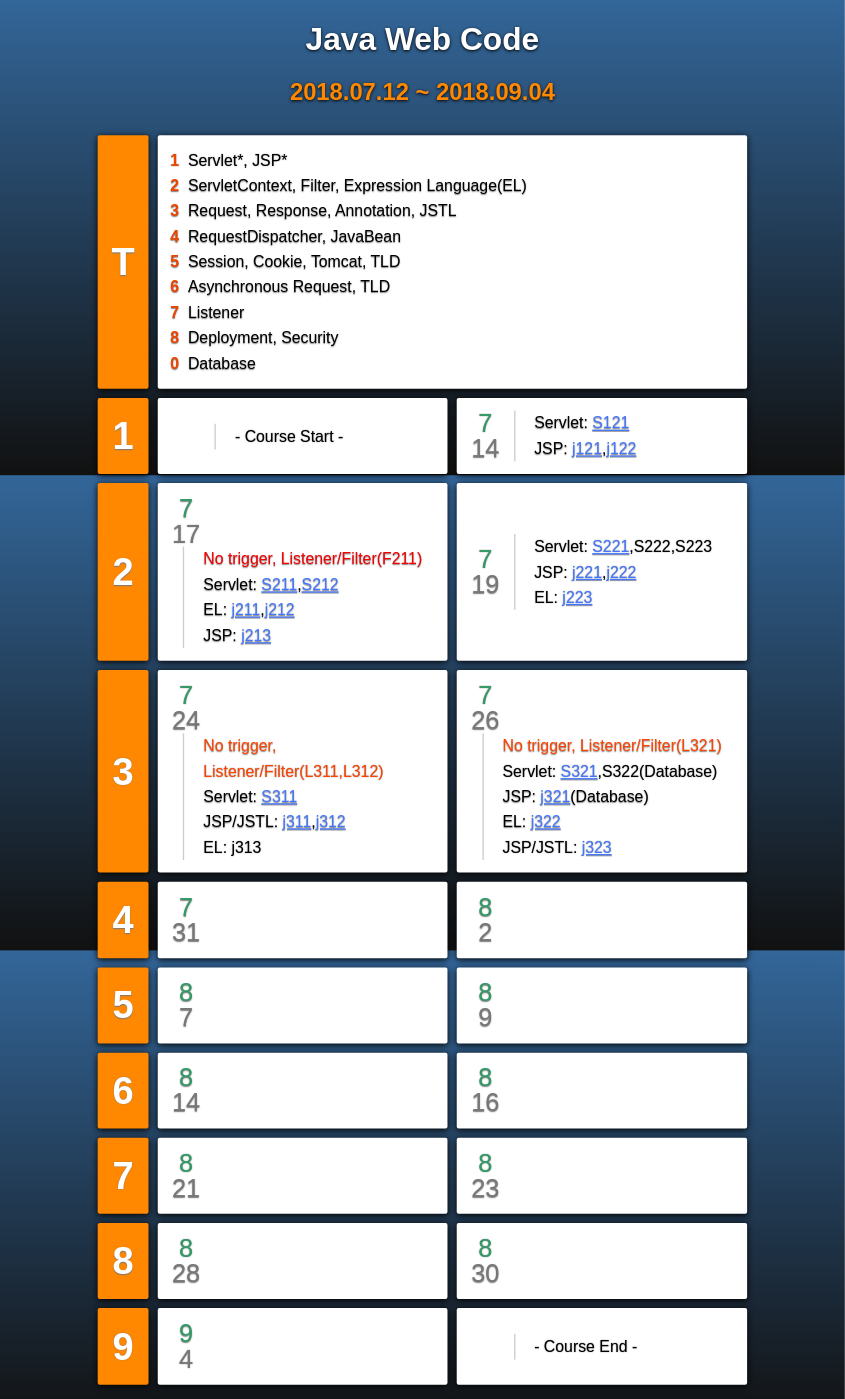
Repository: anxhuang/Java_Web
Page: http://localhost/code/index.jsp
The author's editor kept a copy of each file at every save. The page is drawn from the files as they stood at one save, then again after the next save.
The browser window is 1280 px wide. The pictures show the whole page, at 66% of full size.
Backgrounds fixed to the window are drawn as part of the page. The page is served by Tomcat 9. Other server files are loaded and not shown.

Above is the page before, as saved 2018-07-26 13:25:55.

### code/WebContent/index.jsp
<%@ page language="java" pageEncoding="UTF-8"%>
<!DOCTYPE html>
<html>
<head>
<meta charset="BIG5">
<title>Insert title here</title>
<style>
	body{
		font-size: 0.25in;
		font-family: Arial;
		background: linear-gradient(#369, #111);
		background-attachment: fixed;
	}
	h1{
		color: #FFF;
		text-shadow: 0px 1px 5px #000;
		text-align: center;
	}
	h2{
		color: #F80;
		text-shadow: 0px 1px 5px #000;
		text-align: center;
	}
	red{
		color: #E40;
		font-weight: bold;
	}
	.orange{
		color: #FFF;
		font-size: 0.6in;
		text-align: center;
		background: #F80;
		font-weight: bold;
	}
	.date{
		width: 0.5in;
		color: #396;
		font-size: 0.4in;
		text-align: center;
	}
	.ex{
		padding-left: 0.3in;
		margin-left: 0.2in;
		border-left: 2px solid #CCC;
	}
	grey{
		color: #777;
	}
	table{
		width: 80%;
		margin: 0 auto;
		border-spacing: 0.15in;
	}
	td{
		color: #000;
		text-shadow: 0px 1px 2px #777;
		line-height: 0.4in;
		padding: 0.2in;
		background: rgba(255,255,255,1.0);
		box-shadow: 0px 2px 10px #000;
		border-radius: 3px;
		vertical-align: middle;
	}
	td div{
		display: inline-block;
		vertical-align: middle;
	}
	td:first-child{
		width: 8%;
	}
	td:nth-child(2){
		width: 46%;
	}
	td:nth-child(3){
		width: 46%;
	}
	a:link		{color: #47F;}
	a:visited	{color: #47F;}
</style>
</head>
<body>

	<h1>Java Web Code</h1><h2>2018.07.12 ~ 2018.09.04</h2>

	<table>
		<tbody>
			<tr>
				<td class="orange">T</td>
				<td colspan="2">
					<%@ page import="java.util.ArrayList" %>

					<%
					String topics[][]={
						{"1","Servlet*, JSP*"},
						{"2","ServletContext, Filter, Expression Language(EL)"},
						{"3","Request, Response, Annotation, JSTL"},
						{"4","RequestDispatcher, JavaBean"},
						{"5","Session, Cookie, Tomcat, TLD"},
						{"6","Asynchronous Request, TLD"},
						{"7","Listener"},
						{"8","Deployment, Security"},
						{"0","Database"},
					};
					for (String[] topic:topics){
						out.print("<red>"+topic[0]+"</red>&nbsp;&nbsp;"+topic[1]+"<br>");
					}
					%>
				</td>
			</tr>

				<%
					ArrayList<String>	date=new ArrayList<>();
					ArrayList<String>	ex=new ArrayList<>();
					date.add("");
					date.add("7<br><grey>14</grey>");
					date.add("7<br><grey>17</grey>");
					date.add("7<br><grey>19</grey>");
					date.add("7<br><grey>24</grey>");
					date.add("7<br><grey>26</grey>");
					date.add("7<br><grey>31</grey>");
					date.add("8<br><grey>2</grey>");
					date.add("8<br><grey>7</grey>");
					date.add("8<br><grey>9</grey>");
					date.add("8<br><grey>14</grey>");
					date.add("8<br><grey>16</grey>");
					date.add("8<br><grey>21</grey>");
					date.add("8<br><grey>23</grey>");
					date.add("8<br><grey>28</grey>");
					date.add("8<br><grey>30</grey>");
					date.add("9<br><grey>4</grey>");
					date.add("");
					ex.add("- Course Start -");
					ex.add("Servlet: <a href='S121'>S121</a><br>JSP: <a href='j121.jsp'>j121</a>,<a href='j122.jsp'>j122</a>");
					ex.add("<font color=#F40'>No trigger, Listener/Filter(F211)</font><br>Servlet: <a href='S211'>S211</a>,<a href='S212'>S212</a><br>EL: <a href='j211.jsp'>j211</a>,<a href='j212.jsp'>j212</a><br>JSP: <a href='j213.jsp'>j213</a>");
					ex.add("Servlet: <a href='S221'>S221</a>,S222,S223<br>JSP: <a href='j221.jsp'>j221</a>,<a href='j222.jsp'>j222</a><br>EL: <a href='j223.jsp'>j223</a>");
					ex.add("<font color='#F40'>No trigger, Listener/Filter(L311,L312)</font><br>Servlet: <a href='S311'>S311</a><br>JSP/JSTL: <a href='j311.jsp'>j311</a>,<a href='j312.jsp'>j312</a><br>EL: j313");
					ex.add("<font color='#F40'>No trigger, Listener/Filter(L321)</font><br>Servlet: <a href='S321'>S321</a>,S322(Database)<br>JSP: <a href='j321.jsp'>j321</a>(Database)<br>EL: <a href='j322.jsp'>j322</a><br>JSP/JSTL: <a href='j323.jsp'>j323</a>");
					ex.add("");
					ex.add("");
					ex.add("");
					ex.add("");
					ex.add("");
					ex.add("");
					ex.add("");
					ex.add("");
					ex.add("");
					ex.add("");
					ex.add("");
					ex.add("- Course End -");
					for (int i=1; i<=9; i++){
						out.print("<tr><td class='orange'>"+i+"</td><td><div class='date'>"+date.get(i*2-2)+"</div><div class='ex'>"+ex.get(i*2-2)+"</div></td><td><div class='date'>"+date.get(i*2-1)+"</div><div class='ex'>"+ex.get(i*2-1)+"</div></td></tr>");
					}
				%>
		</tbody>
	</table>
</body>
</html>

After the next save:
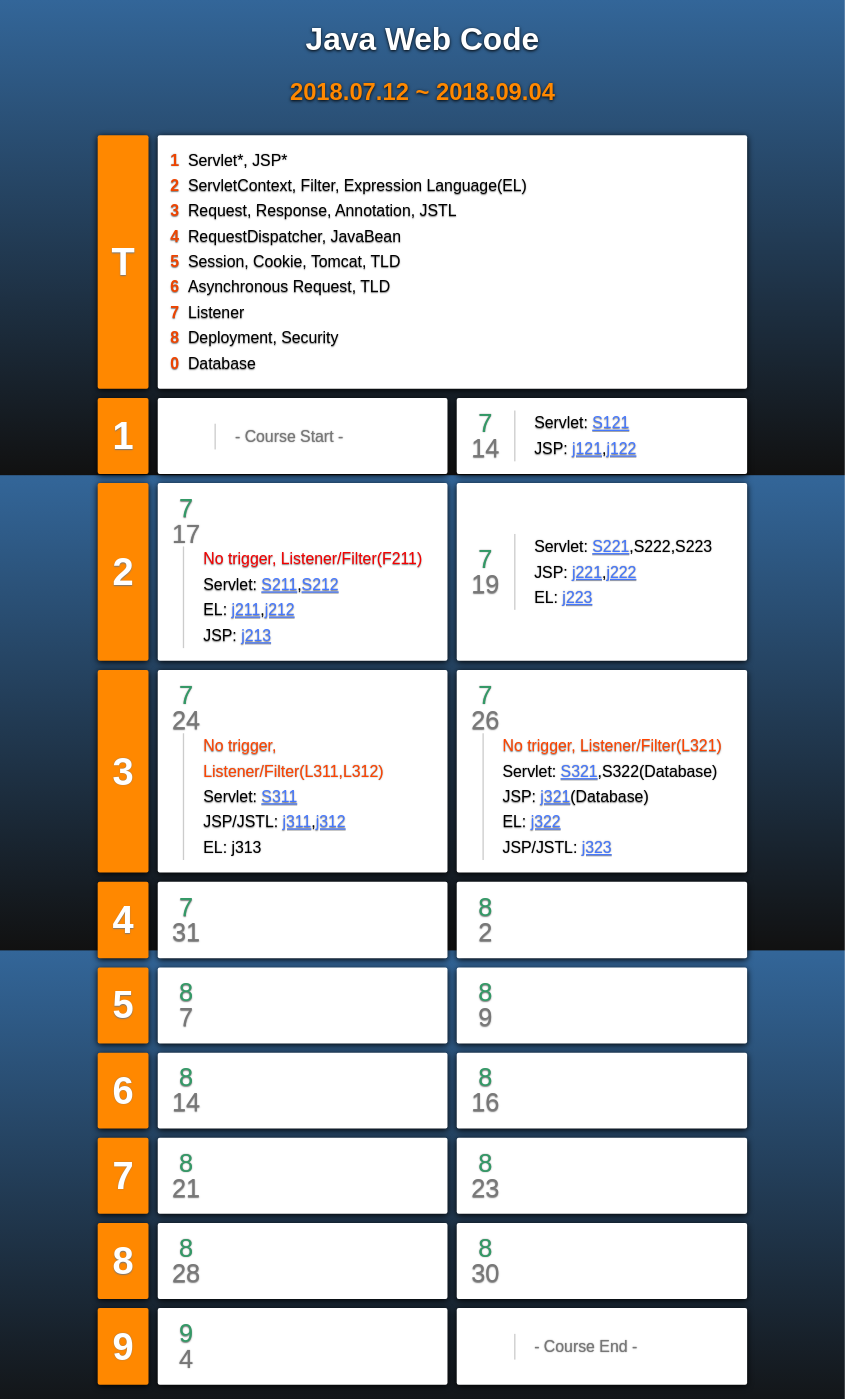
Saved 3 min 4 s later.
--- a/code/WebContent/index.jsp
+++ b/code/WebContent/index.jsp
@@ -129,7 +129,7 @@
 					date.add("8<br><grey>30</grey>");
 					date.add("9<br><grey>4</grey>");
 					date.add("");
-					ex.add("- Course Start -");
+					ex.add("<grey>- Course Start -</grey>");
 					ex.add("Servlet: <a href='S121'>S121</a><br>JSP: <a href='j121.jsp'>j121</a>,<a href='j122.jsp'>j122</a>");
 					ex.add("<font color=#F40'>No trigger, Listener/Filter(F211)</font><br>Servlet: <a href='S211'>S211</a>,<a href='S212'>S212</a><br>EL: <a href='j211.jsp'>j211</a>,<a href='j212.jsp'>j212</a><br>JSP: <a href='j213.jsp'>j213</a>");
 					ex.add("Servlet: <a href='S221'>S221</a>,S222,S223<br>JSP: <a href='j221.jsp'>j221</a>,<a href='j222.jsp'>j222</a><br>EL: <a href='j223.jsp'>j223</a>");
@@ -146,7 +146,7 @@
 					ex.add("");
 					ex.add("");
 					ex.add("");
-					ex.add("- Course End -");
+					ex.add("<grey>- Course End -</grey>");
 					for (int i=1; i<=9; i++){
 						out.print("<tr><td class='orange'>"+i+"</td><td><div class='date'>"+date.get(i*2-2)+"</div><div class='ex'>"+ex.get(i*2-2)+"</div></td><td><div class='date'>"+date.get(i*2-1)+"</div><div class='ex'>"+ex.get(i*2-1)+"</div></td></tr>");
 					}
